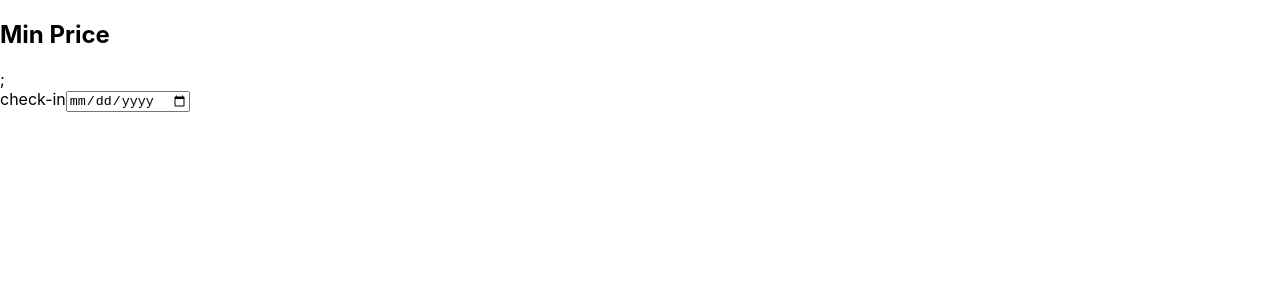
Repository: vsterev/il-test
Page: /min-price
These files come from the project's save history. The page is drawn as it stood at one moment and after the next save; the edit follows.
The browser window is 1280 px wide. The pictures show the whole page.
The project was rebuilt for these pictures with package versions that can differ from the ones it lists, and the page was loaded fresh each time. A package was used in the major version that the imports need, not the one package.json lists. Also part of the build but not shown: src/components/error/index.jsx.

Above is the page before, as saved 2021-04-27 06:56:47.

### src/index.js
import React from 'react';
import ReactDOM from 'react-dom';
import './index.css';
// import App from './App';
import reportWebVitals from './reportWebVitals';
// import MinPrice from './components/minPrice';
import Navigation from './navigation';

ReactDOM.render(
  <React.StrictMode>
    {/* <App /> */}
    {/* <MinPrice /> */}
    <Navigation />
  </React.StrictMode>,
  document.getElementById('root')
);

// If you want to start measuring performance in your app, pass a function
// to log results (for example: reportWebVitals(console.log))
// or send to an analytics endpoint. Learn more: https://bit.ly/CRA-vitals
reportWebVitals();

### src/navigation.jsx
import React from 'react';
import { Switch, BrowserRouter, Route, Redirect } from 'react-router-dom';
import MinPrice from './components/minPrice';
import Error from './components/error';
const Navigation = () => {
  return (
    <BrowserRouter>
      <Switch>
        <Route path="/min-price" render={() => <MinPrice />} />
        <Route path="*" render={() => <Error msg="Page not Found - 404" />} />
      </Switch>
    </BrowserRouter>
  );
};
export default Navigation;

### src/components/minPrice/index.jsx
import React from 'react';
const MinPrice = () => {
  return (
    <React.Fragment>
      <h2>Min Price</h2>;
      <form>
        <label htmlFor="checkIn">check-in</label>
        <input type="date" id="checkIn"></input>
      </form>
    </React.Fragment>
  );
};
export default MinPrice;

Loaded but not shown: public/index.html (common file); src/index.css (common file); src/reportWebVitals.js (common file)

After the next save:
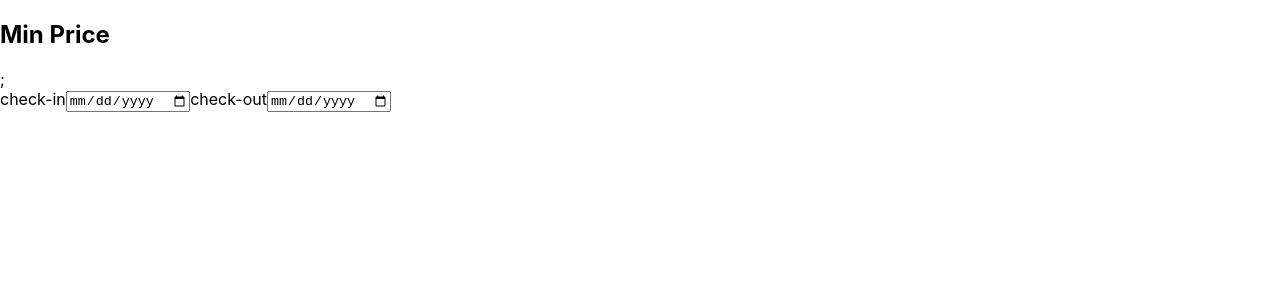
Saved 60 s later.
--- a/src/components/minPrice/index.jsx
+++ b/src/components/minPrice/index.jsx
@@ -6,6 +6,8 @@ const MinPrice = () => {
       <form>
         <label htmlFor="checkIn">check-in</label>
         <input type="date" id="checkIn"></input>
+        <label htmlFor="checkOut">check-out</label>
+        <input type="date" id="checkOut"></input>
       </form>
     </React.Fragment>
   );
